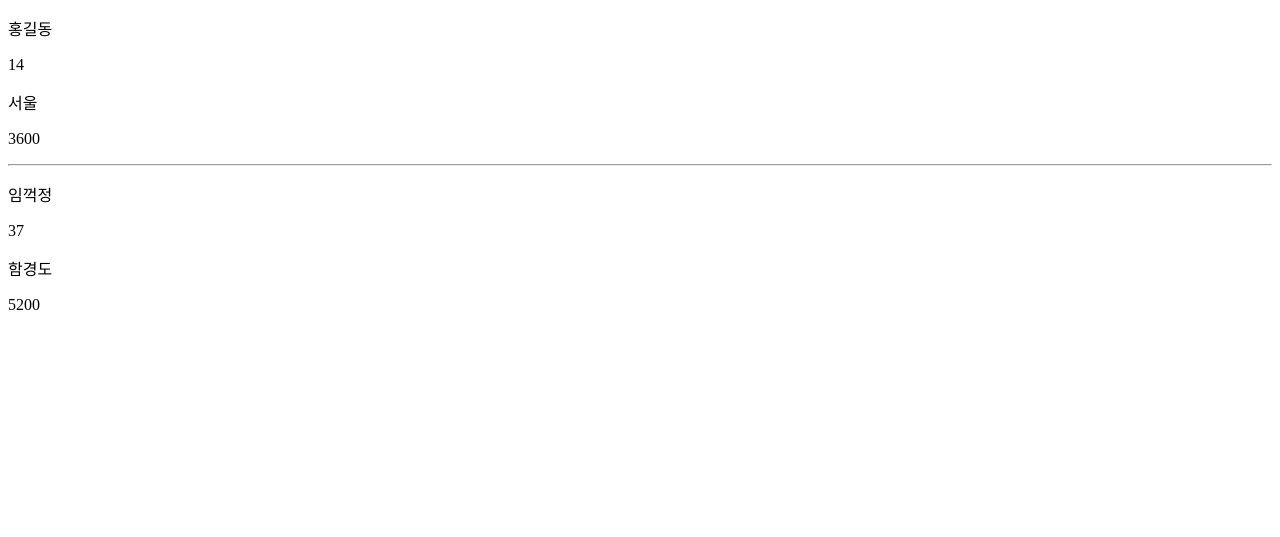
Repository: shinsil0601/webstudy
Page: 03_JavaScript/src/main/webapp/day02/ex19_object.html
These files come from the project's save history. The page is drawn as it stood at one moment and after the next save; the edit follows.
The browser window is 1280 px wide. The pictures show the whole page.

Above is the page before, as saved 2023-06-28 08:41:23.

After the next save:
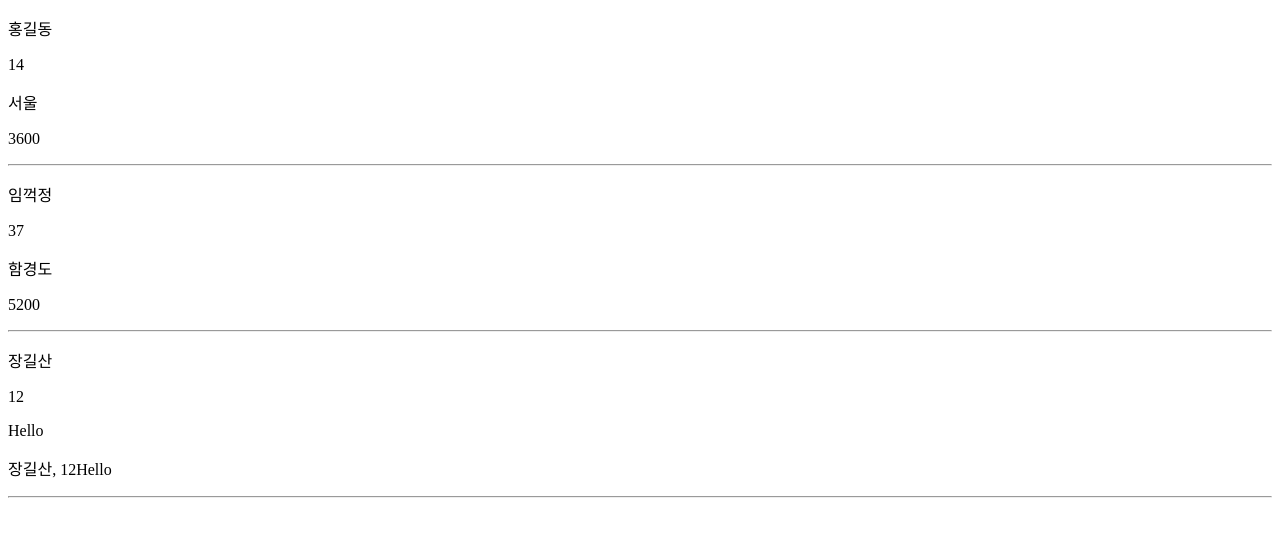
Saved 5 min 36 s later.
--- a/03_JavaScript/src/main/webapp/day02/ex19_object.html
+++ b/03_JavaScript/src/main/webapp/day02/ex19_object.html
@@ -27,6 +27,25 @@
 	document.write("<p>"+ obj2["age"] +"</p>");
 	document.write("<p>"+ obj2["addr"] +"</p>");
 	document.write("<p>"+ obj2["salary"] +"</p>");
+	document.write("<hr>");
+
+	// 자바스크립트에서 this는 this를 호출할 때 해당 this가 결정된다.
+	// this는 호출한 객체를 지칭하는 말이다.
+	var obj3 ={
+		name : "장길산",
+		age : 12,
+		job : function() {
+			return "Hello";
+		},
+		prn : function() {
+			return this.name + ", "+ this.age + this.job();
+		}
+	};
+	document.write("<p>"+ obj3["name"] +"</p>");
+	document.write("<p>"+ obj3["age"] +"</p>");
+	document.write("<p>"+ obj3.job() +"</p>");
+	document.write("<p>"+ obj3.prn() +"</p>");
+	document.write("<hr>");
 </script>
 </head>
 <body>
